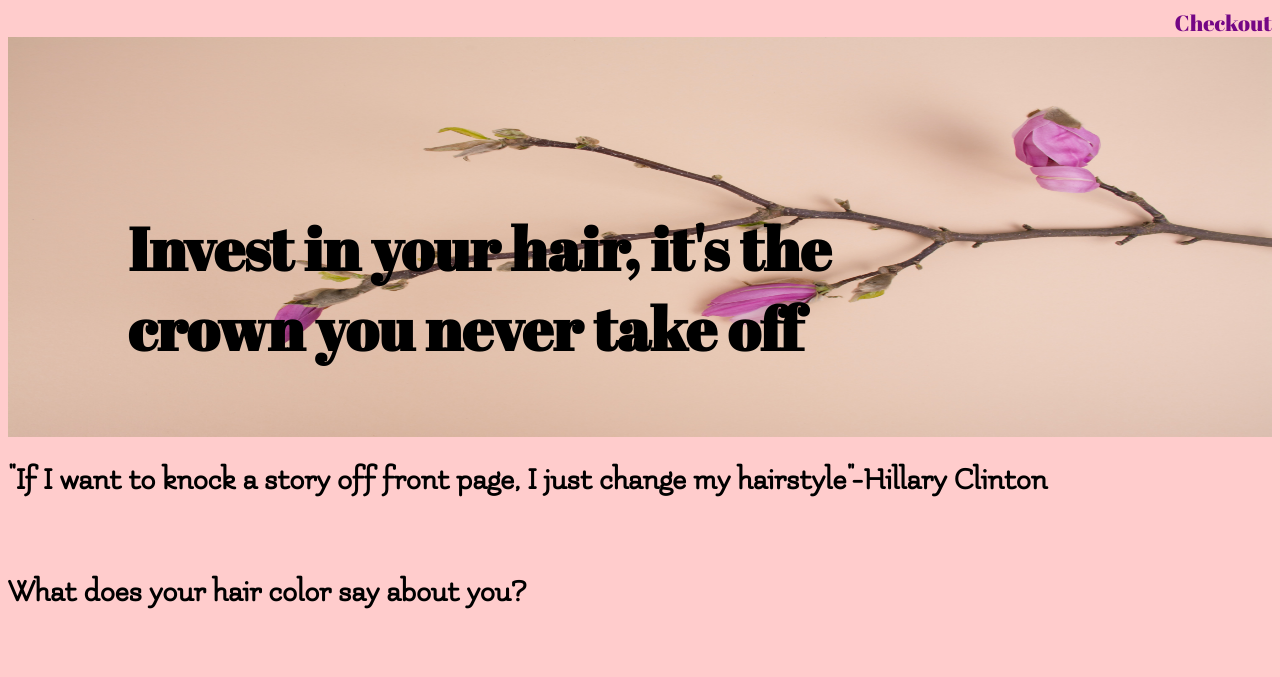
Repository: aarushi-07/Hair-and-Spa-booking-system
Page: http://localhost/salon/WEB-INF/jsp/hair.jsp
The author's editor kept a copy of each file at every save. The page is drawn from the files as they stood at one save, then again after the next save.
The browser window is 1280 px wide. The pictures show the whole page.
The page is served by Tomcat 9. Nobody is signed in. The template is opened directly, without the code that normally fills it, so the values that code supplies are empty.

Above is the page before, as saved 2020-07-10 11:33:44.

After the next save:
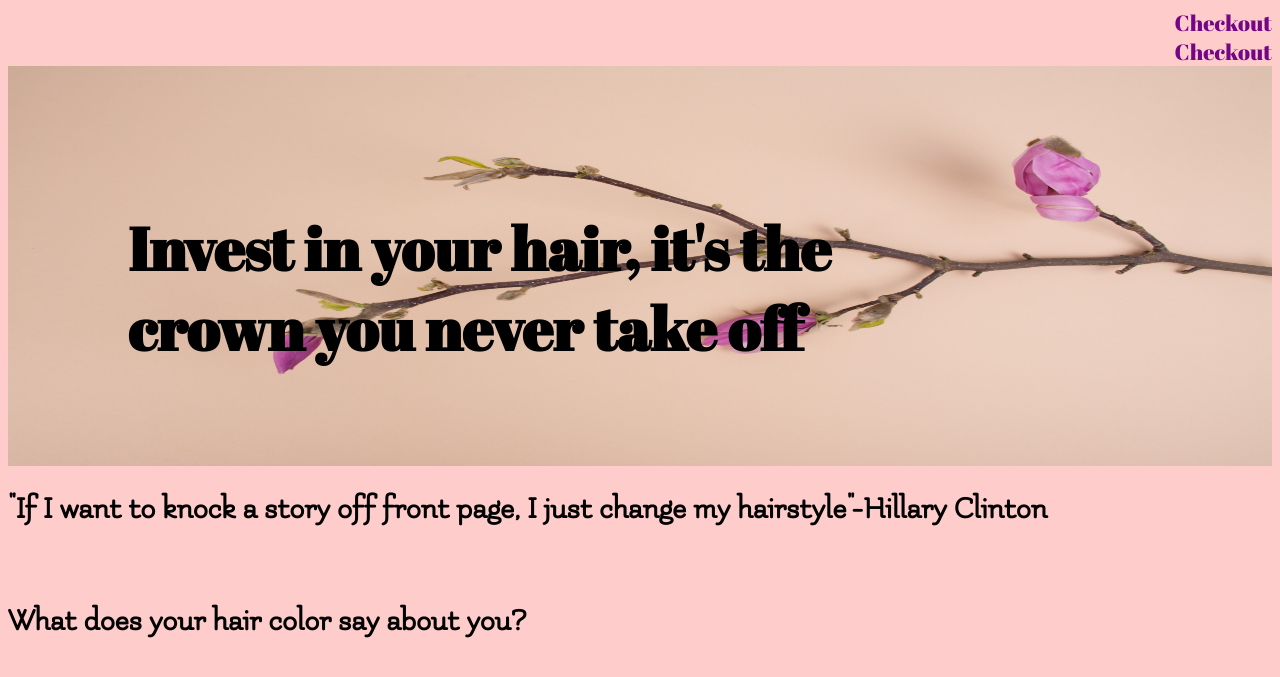
Saved 3 min 19 s later.
--- a/salon/src/main/webapp/WEB-INF/jsp/hair.jsp
+++ b/salon/src/main/webapp/WEB-INF/jsp/hair.jsp
@@ -18,7 +18,7 @@ width: 70%;
 font-size: 30px;
 }
 th {
-  text-align: centre;
+  text-align: "centre";
 }
 
 @font-face {
@@ -49,6 +49,9 @@ th {
 </style>
 </head>
 <body>
+<div class="divSer">
+		<a href="checkout">Checkout</a>
+	</div>
 	<div class="divSer">
 		<a href="checkout">Checkout</a>
 	</div>
